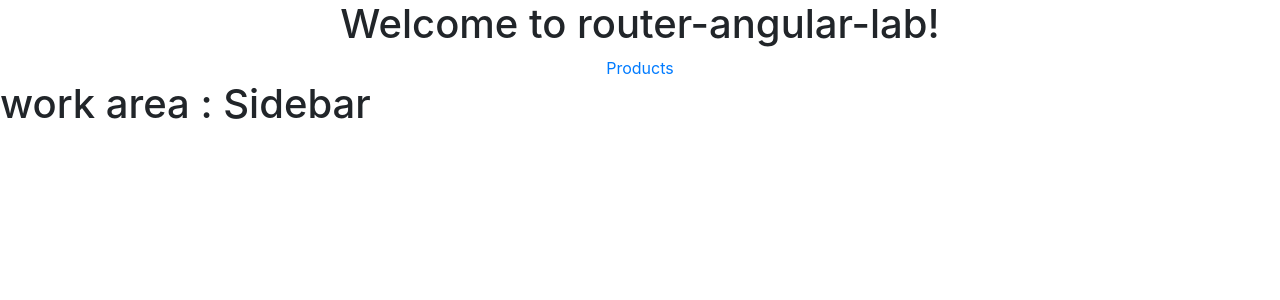
Repository: desalab/router-angular-lab
Page: /
An editor plug-in stored every save of this project. The page is shown before and after the next save, followed by the edit.
The browser window is 1280 px wide. The pictures show the whole page.
The project was rebuilt for these pictures with package versions that can differ from the ones it lists, and the page was loaded fresh each time. Also part of the build but not shown: angular.json, src/app/product-list/product-list.component.ts, src/app/models/product.ts, src/app/product-detail/product-detail.component.ts, src/app/product-list-sidebar/product-list-sidebar.component.ts, src/app/home/home.component.ts.

Above is the page before, as saved 2018-12-06 00:56:27.

After the next save:
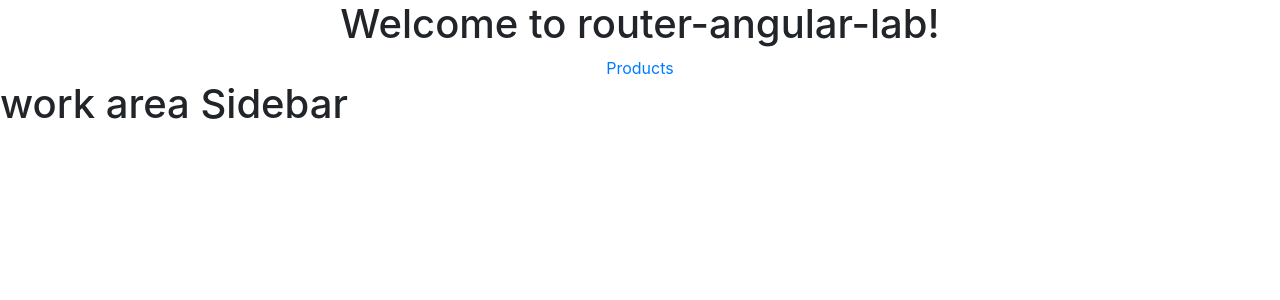
Saved 9 s later.
--- a/src/app/sidebar/sidebar.component.html
+++ b/src/app/sidebar/sidebar.component.html
@@ -1,3 +1,3 @@
 <h1>
-  work area : Sidebar
+  work area Sidebar
 </h1>
